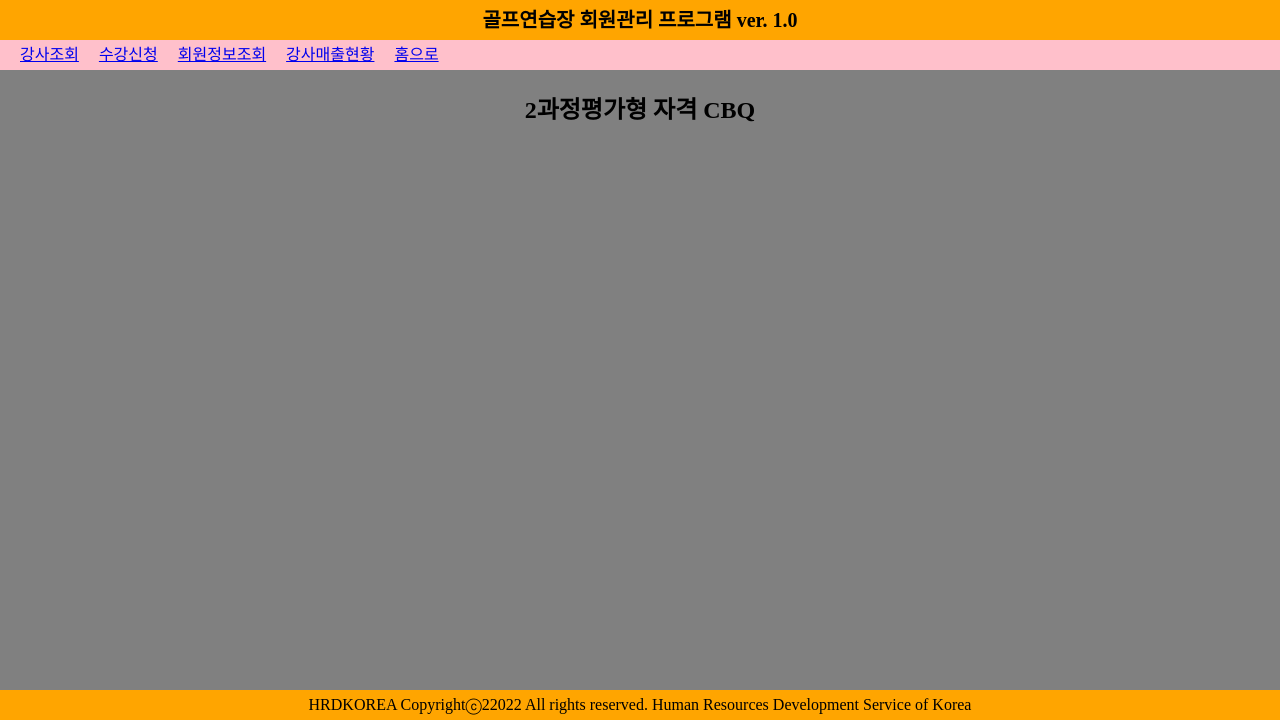
Repository: leesuyeon116/HRD_3
Page: http://localhost/HRD_0505/
The author's editor kept a copy of each file at every save. The page is drawn from the files as they stood at one save, then again after the next save.
The browser window is 1280 px wide. The pictures show the whole page.
The page is served by Tomcat 9.

Above is the page before, as saved 2024-05-05 08:31:43.

After the next save:
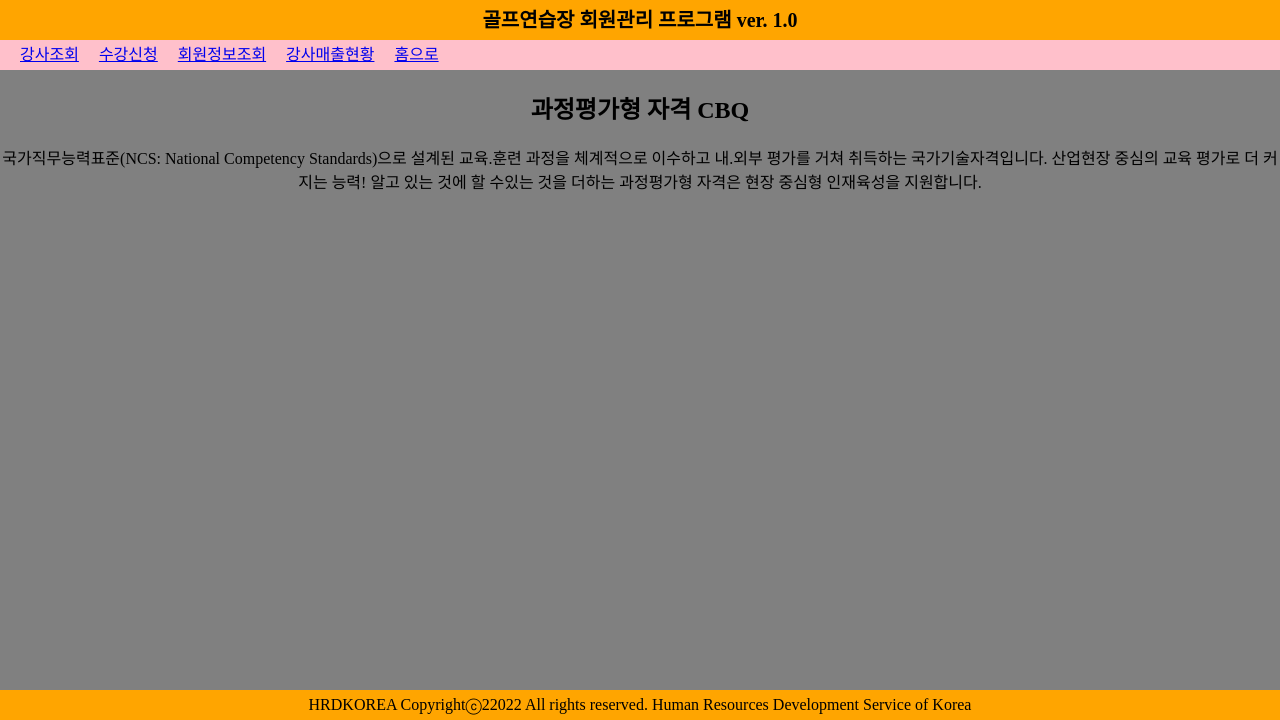
Saved 2 min 40 s later.
--- a/workspace/HRD_0505/src/main/webapp/index.jsp
+++ b/workspace/HRD_0505/src/main/webapp/index.jsp
@@ -9,7 +9,12 @@
 <body>
 <jsp:include page="header.jsp"></jsp:include>
 <section style="position: fixed; top: 70px; left: 0px; width: 100%; height: 100%; background-color: gray; text-align: center">
-<h2>2과정평가형 자격 CBQ</h2>
+<h2>과정평가형 자격 CBQ</h2>
+국가직무능력표준(NCS: National Competency Standards)으로 설계된 교육.훈련 과정을 체계적으로 이수하고 내.외부 평가를 거쳐 취득하는 국가기술자격입니다.
+산업현장 중심의 교육 평가로 더 커지는 능력!
+알고 있는 것에 할 수있는 것을 더하는
+과정평가형 자격은
+현장 중심형 인재육성을 지원합니다.
 </section>
 
 <jsp:include page="footer.jsp"></jsp:include>
